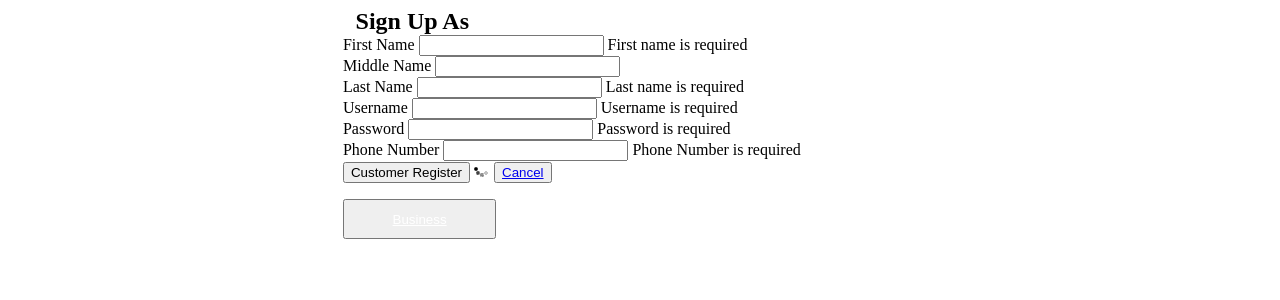
Repository: jsah9105/goandbook
Page: http://localhost/letgetbook/view/signupPage.jsp
The author's editor kept a copy of each file at every save. The page is drawn from the files as they stood at one save, then again after the next save.
The browser window is 1280 px wide. The pictures show the whole page.
The page is served by Tomcat 9.

Above is the page before, as saved 2017-01-08 03:36:16.

After the next save:
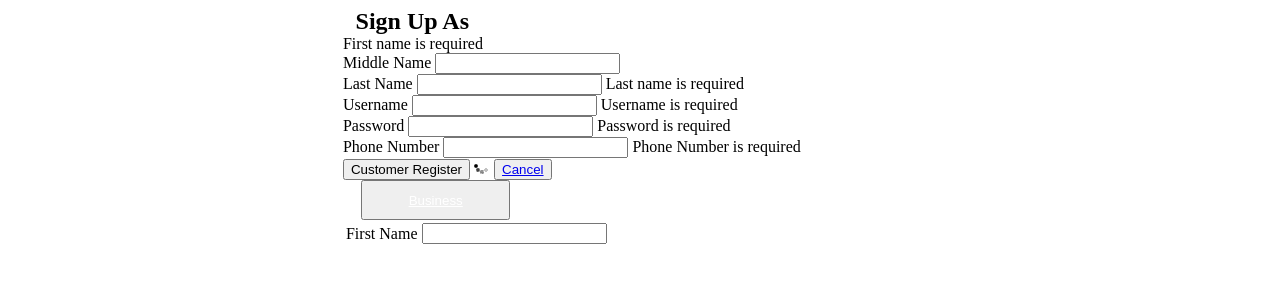
Saved 2 min 43 s later.
--- a/letgetbook/src/main/webapp/view/signupPage.jsp
+++ b/letgetbook/src/main/webapp/view/signupPage.jsp
@@ -5,13 +5,15 @@
 			<h2 style="color: black; margin: auto; margin-left: 5%;">Sign Up As</h2>
 
 			<div class="form-actions" style="margin: auto; margin-left: 3%">
+			<table>
 			<form name="form" ng-submit="vm.register()" role="form">
-        <table>
+        <tr>
         <div class="form-group" ng-class="{ 'has-error': form.custFirstName.$dirty && form.custFirstName.$error.required }">
-            <label for="custFirstName"> First Name</label>
-            <input type="text" name="custFirstName" id="custFirstName" class="form-control" ng-model="vm.user.custFirstName" required />
+          <td>  <label for="custFirstName"> First Name</label></td>
+          <td>  <input type="text" name="custFirstName" id="custFirstName" class="form-control" ng-model="vm.user.custFirstName" required /></td>
             <span ng-show="form.custFirstName.$dirty && form.custFirstName.$error.required" class="help-block">First name is required</span>
         </div>
+        </tr>
         <div class="form-group" >
             <label for="custMiddleName">Middle Name</label>
             <input type="text" name="custMiddleName" id="custMiddleName" class="form-control" ng-model="vm.user.custMiddleName"  />
@@ -43,7 +45,7 @@
             <button class="btn btn-primary"><a href="#/" class="btn btn-link">Cancel</a></button>
 
         </div>
-        </table>
+
     </form>
 
 
@@ -54,7 +56,7 @@
 				</button>
 			</div>
 
-
+		</table>
 
 		</div>
 	</div>
